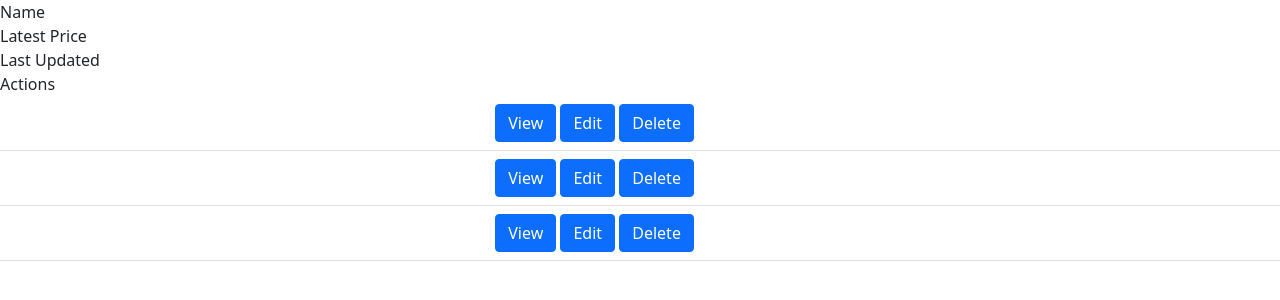
Repository: tHEO2k17/inventory-manager
Page: /
An editor plug-in stored every save of this project. The page is shown before and after the next save, followed by the edit.
The browser window is 1280 px wide. The pictures show the whole page.
The project was rebuilt for these pictures with package versions that can differ from the ones it lists, and the page was loaded fresh each time.

Above is the page before, as saved 2021-08-31 07:40:41.

### src/index.tsx
import React from 'react';
import ReactDOM from 'react-dom';
import './index.scss';
import App from './presentation/App';

ReactDOM.render(
  <React.StrictMode>
    <App />
  </React.StrictMode>,
  document.getElementById('root')
);

### src/presentation/App.tsx
import ProductsPage from './pages/ProductsPage';

export default function App() {
  return ( <ProductsPage/> );
}

### src/presentation/pages/ProductsPage.tsx
import { Component } from "react"
import { Table } from "react-bootstrap";
import { mock } from "../../core/mock";
import Product from "../components/Product";

export default class ProductsPage extends Component {
    constructor(props: any) {
        super(props);
    }

    render() {
        return (
            <>
                <Table>
                    <thead>
                        <tr>Name</tr>
                        <tr>Latest Price</tr>
                        <tr>Last Updated</tr>
                        <tr>Actions</tr>
                    </thead>
                    <tbody>
                        {
                            mock.products.map(product => <Product key={product.id} product={product} />)
                        }
                    </tbody>
                </Table>
            </>
        );
    }
}

### src/core/mock.ts
export const mock = {
    "products": [
        {
            "id": 1,
            "name": "Exforge 10mg",
            "prices": [
                {
                    "id": 1,
                    "price": 10.99,
                    "date": "2019-01-01T17:16:32+00:00"
                },
                {
                    "id": 2,
                    "price": 9.20,
                    "date": "2018-11-01T17:16:32+00:00"
                }
            ]
        },
        {
            "id": 2,
            "name": "Exforge 20mg",
            "prices": [
                {
                    "id": 3,
                    "price": 12.00,
                    "date": "2019-01-01T17:16:32+00:00"
                },
                {
                    "id": 4,
                    "price": 13.20,
                    "date": "2018-11-01T17:16:32+00:00"
                }
            ]
        },
        {
            "id": 3,
            "name": "Paracetamol 20MG",
            "prices": [
                {
                    "id": 5,
                    "price": 5.00,
                    "date": "2017-01-01T17:16:32+00:00"
                },
                {
                    "id": 6,
                    "price": 13.20,
                    "date": "2018-11-01T17:16:32+00:00"
                }
            ]
        }
    ]
};

### src/presentation/components/Product.tsx
import { Button } from "react-bootstrap"

const Product = (product: any) => {
    return (
        <tr>
            <td>{product.name}</td>
            <td>{product.name}</td>
            <td>{product.name}</td>
            <td><Button>View</Button> <Button>Edit</Button> <Button>Delete</Button></td>
        </tr>
    );

}

export default Product;

Loaded but not shown: public/index.html (common file); src/index.scss (common file)

After the next save:
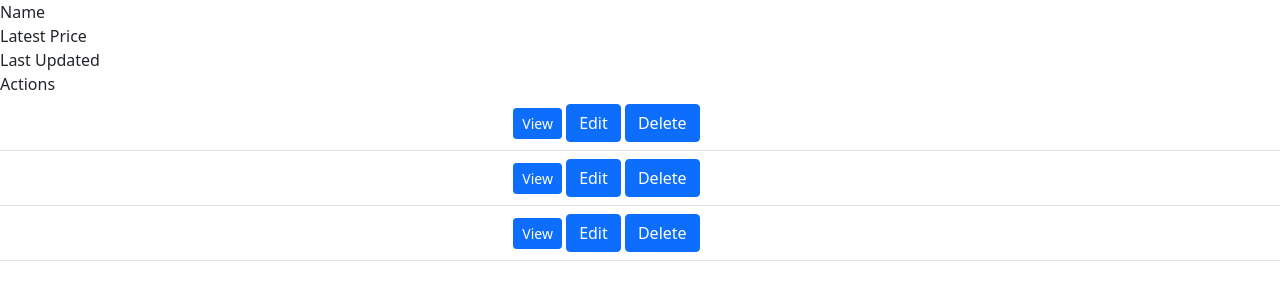
Saved 8 s later.
--- a/src/presentation/components/Product.tsx
+++ b/src/presentation/components/Product.tsx
@@ -6,7 +6,7 @@ const Product = (product: any) => {
             <td>{product.name}</td>
             <td>{product.name}</td>
             <td>{product.name}</td>
-            <td><Button>View</Button> <Button>Edit</Button> <Button>Delete</Button></td>
+            <td><Button size="sm">View</Button> <Button>Edit</Button> <Button>Delete</Button></td>
         </tr>
     );
 
